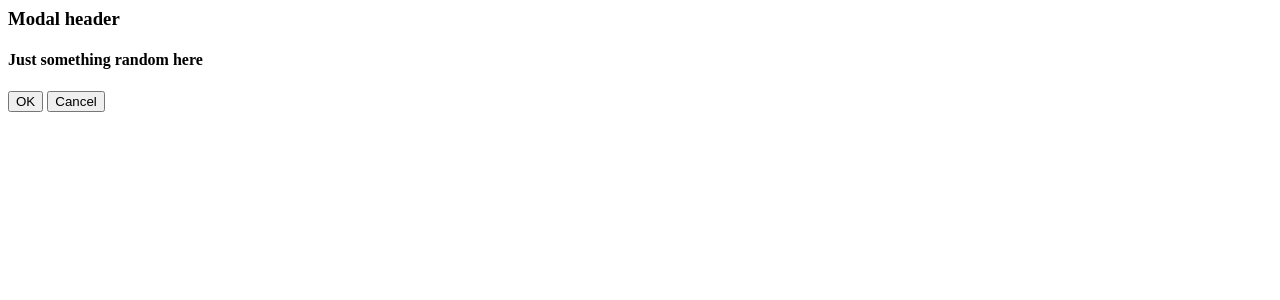
Repository: chickenoken/LuanAn
Page: http://localhost/net/quanLyNhanVienControl
The author's editor kept a copy of each file at every save. The page is drawn from the files as they stood at one save, then again after the next save.
The browser window is 1280 px wide. The pictures show the whole page.
The page is served by Tomcat 9.

Above is the page before, as saved 2019-06-17 09:22:45.

After the next save:
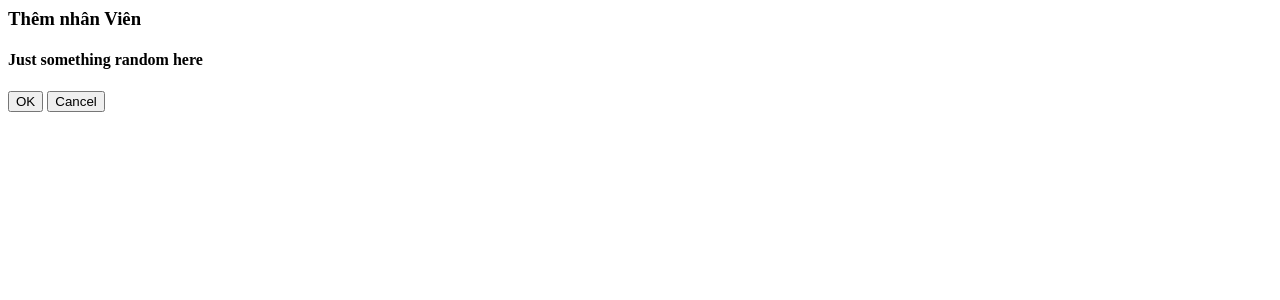
Saved 29 s later.
--- a/net/src/main/webapp/WEB-INF/pages/quanLyNhanVienControl.jsp
+++ b/net/src/main/webapp/WEB-INF/pages/quanLyNhanVienControl.jsp
@@ -1,10 +1,10 @@
 <div class="modal-header">
-  <h3>Modal header</h3>
+  <h3>Thêm nhân Viên</h3>
 </div>
 <div class="modal-body">
  <h4>Just something random here</h4>
 </div>
-<div class="Thêm Nhân Viên">
+<div class="modal-footer">
     <button class="btn btn-primary" ng-click="ok()">OK</button>
     <button class="btn btn-warning" ng-click="cancel()">Cancel</button>
 </div>
